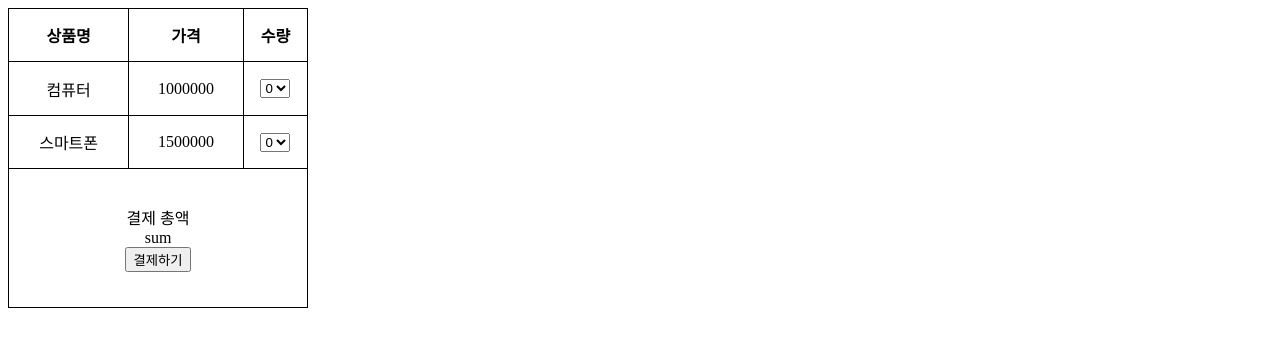
Repository: to-flatwhite1/JSP
Page: http://localhost/JSP08/
These files come from the project's save history. The page is drawn as it stood at one moment and after the next save; the edit follows.
The browser window is 1280 px wide. The pictures show the whole page.
The page is served by Tomcat 9.

Above is the page before, as saved 2024-05-16 05:56:10.

After the next save:
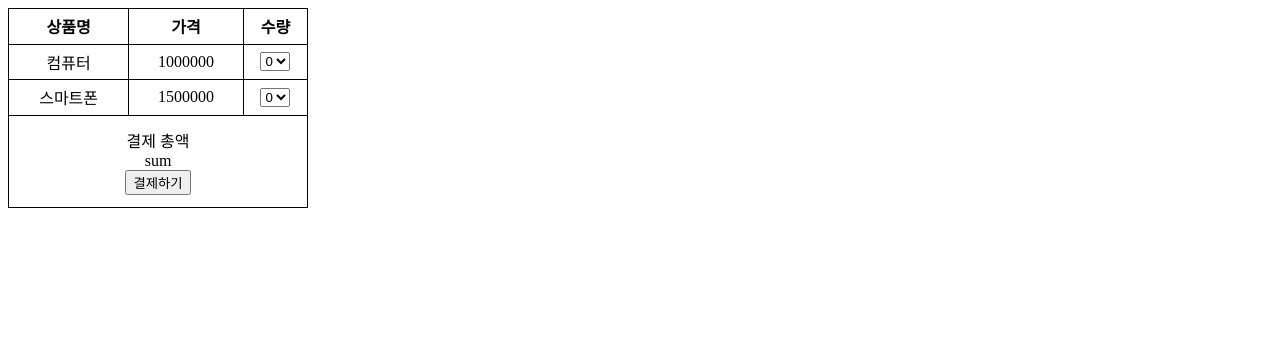
Saved 14 s later.
--- a/JSP08/src/main/webapp/index.jsp
+++ b/JSP08/src/main/webapp/index.jsp
@@ -9,7 +9,7 @@
 	<style>
 		table{
 			width:300px;
-			height:300px;
+			height:200px;
 			text-align:center;
 			border-collapse : collapse;
 
